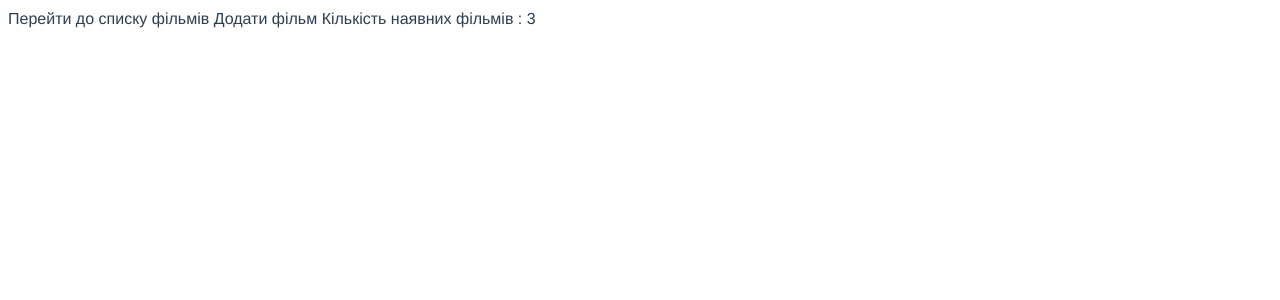
Repository: kristinap8/movies-gallery
Page: /
The author's editor kept a copy of each file at every save. The page is drawn from the files as they stood at one save, then again after the next save.
The browser window is 1280 px wide. The pictures show the whole page.
The project was rebuilt for these pictures with package versions that can differ from the ones it lists, and the page was loaded fresh each time. Also part of the build but not shown: src/pages/Movie/index.vue, src/pages/AddMovie/index.vue, src/components/MovieInfo/index.vue, src/components/MoviesList/index.vue, src/pages/AllMovies/index.vue.

Above is the page before, as saved 2020-11-15 16:12:39.

### src/main.js
import Vue from 'vue'
import App from './App.vue'
import store from "./store"
import router from "./router"

Vue.config.productionTip = false

new Vue({
  router,
  store,
  render: h => h(App),
}).$mount('#app')

### src/App.vue
<template>
  <div id="app">
    <router-view/>
    </div>
</template>

<script>


export default {
  name: 'App',
  components: {

  }
}
</script>

<style>
#app {
  font-family: Avenir, Helvetica, Arial, sans-serif;
  -webkit-font-smoothing: antialiased;
  -moz-osx-font-smoothing: grayscale;
  color: #2c3e50;
  margin-top: 10px;
}
</style>

### src/store/index.js
import Vue from "vue";
import Vuex from "vuex";
import {uuid} from 'uuidv4'

Vue.use(Vuex);

const store=new Vuex.Store({
    state:{
       moviesList:[
           {
               id:1,
               name:"Джокер",
               image:"https://upload.wikimedia.org/wikipedia/ru/thumb/6/6f/%D0%94%D0%B6%D0%BE%D0%BA%D0%B5%D1%80_%28%D1%84%D0%B8%D0%BB%D1%8C%D0%BC_%D0%A2%D0%BE%D0%B4%D0%B4%D0%B0_%D0%A4%D0%B8%D0%BB%D0%BB%D0%B8%D0%BF%D1%81%D0%B0%29.jpg/202px-%D0%94%D0%B6%D0%BE%D0%BA%D0%B5%D1%80_%28%D1%84%D0%B8%D0%BB%D1%8C%D0%BC_%D0%A2%D0%BE%D0%B4%D0%B4%D0%B0_%D0%A4%D0%B8%D0%BB%D0%BB%D0%B8%D0%BF%D1%81%D0%B0%29.jpg",
               genre:"Драма",
               year:2019,
               country:"США",
               actors:"Роберт де Ніро",
               //"Хоакін Фенікс","Ши Уигхем"],
               duration:122
           },
           {
            id:2,
            name:"Воно",
            image:"https://media.socastsrm.com/wordpress/wp-content/blogs.dir/679/files/2019/09/it_chapter_two_pennywise_poster.png",
            genre:"Триллер",
            year:2017,
            country:"США",
            actors:"Білл Скарсгард",
            //"Ері Коен","Хавйер Ботет"],
            duration:135
           },
           {
            id:3,
            name:"Форсаж 8",
            image:"https://img.odessa1.com/images/events/326x464/m2-17534-1.jpg",
            genre:"Бойовик",
            year:2017,
            country:"США",
            actors:"Він Дизель",
            //"Джейсон Стейтем","Дуейн Джонсон"],
            duration:136
           }
       ]
    },
    mutations:{
        addMovie(state, data) {
            state.moviesList.push({
              id: uuid(),
              ...data,
            })
          },
    },
    actions:{
        addMovie({ commit }, movie) {
            commit('addMovie', movie)
          },
    },
    getters:{
        getMovies: (state) => state.moviesList,
        getMoviesCount:(state) => state.moviesList.length
    }
})

export default store;

### src/router.js
import Vue from "vue";
import VueRouter from "vue-router";

import Home from "@/pages/Home";
import Movie from "@/pages/Movie";
import AddMovie from "@/pages/AddMovie";
import AllMovies from "@/pages/AllMovies";

Vue.use(VueRouter);

const routes=[
    {
        path:"/",
        name:'home',
        component:Home
    },
    {
        path:"/all_movies",
        name:'all-movies',
        component:AllMovies
    },
    {
        path:"/add_movie",
        name:'add-movie',
        component:AddMovie
    },
    {
        path:"/movie/:movie_id",
        name:'movie',
        component:Movie
    }
];
const router=new VueRouter({
    mode:"history",
    routes
});

export default router;

### src/pages/Home/index.vue
<template>
<div>
    <b-card img-src="../../assets/images/movie-logo.jpg" img-alt="Image" img-left>
      <b-card-text>
       <b-button-group vertical size="lg">
        <b-button variant="light" to="/all_movies">
        Перейти до списку фільмів
      </b-button>
      <b-button variant="light" to="/add_movie">
        Додати фільм
      </b-button>
     </b-button-group>
     <b-alert variant="light" show>Кількість наявних фільмів : {{getMoviesCount}}</b-alert>
     </b-card-text>
    </b-card>
</div>
</template>

<script>
import { mapGetters } from 'vuex'
 export default {
        name:"Home",
        components:{

        },
        computed: {
           ...mapGetters(['getMoviesCount'])
        },
    }
</script>

<style lang="scss" scoped>
</style>

Loaded but not shown: public/index.html (common file)

After the next save:
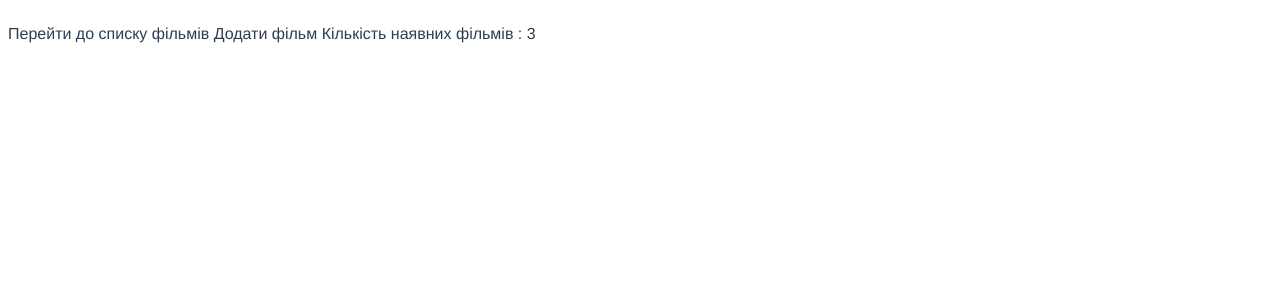
Saved 22 s later.
--- a/src/App.vue
+++ b/src/App.vue
@@ -21,6 +21,6 @@ export default {
   -webkit-font-smoothing: antialiased;
   -moz-osx-font-smoothing: grayscale;
   color: #2c3e50;
-  margin-top: 10px;
+  margin-top: 25px;
 }
 </style>
